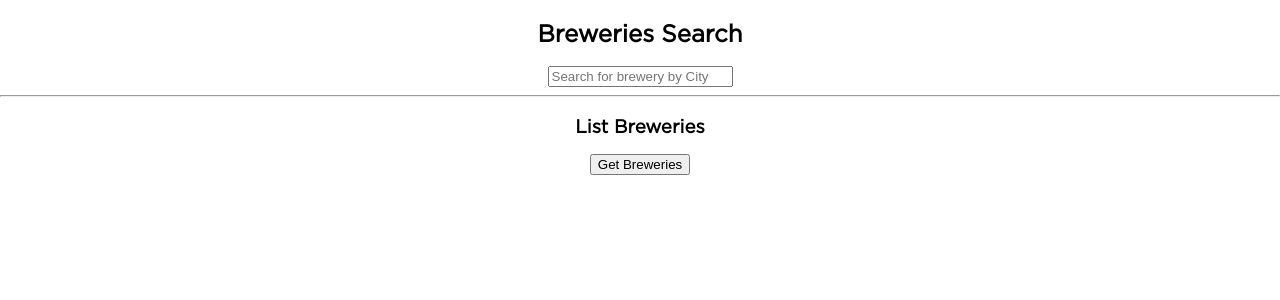
Repository: Babarindeolanrewaju2/react_breweries_app
Page: /
These files come from the project's save history. The page is drawn as it stood at one moment and after the next save; the edit follows.
The browser window is 1280 px wide. The pictures show the whole page.
The project was rebuilt for these pictures with package versions that can differ from the ones it lists, and the page was loaded fresh each time. Also part of the build but not shown: src/component/Breweries.js, src/component/ByCity.js, src/component/ByType.js.

Above is the page before, as saved 2020-03-30 14:01:04.

### src/App.js
import React, { Component } from 'react';
import { Breweries } from './component/Breweries';
import { ByCity } from './component/ByCity';
import { ByType } from './component/ByType';
import './App.css';

class App extends Component {
  constructor(props) {
    super(props);
    this.state = {
      query: '',
      breweries: [],
      byCitys: [],
      byTypes: [],
    }
  }

  breweries = () => {
    const BASE_URL = `https://api.openbrewerydb.org/breweries`;
    fetch(`${BASE_URL}`, {
      method: 'GET'
    })
      .then(response => response.json())
      .then(json => {
        console.log('breweries', json);
        this.setState({ breweries: json });
      })
  }

  getBreweryByCity = () => {
    const BASE_URL = `https://api.openbrewerydb.org/breweries?by_city=`;
    fetch(`${BASE_URL}${this.state.query}`, {
      method: 'GET'
    })
      .then(response => response.json())
      .then(json => {
        console.log('by_city', json);
        this.setState({ byCitys: json, byTypes: [] });
      })
  }

  getBreweryByType = (e, type) => {
    const BASE_URL = `https://api.openbrewerydb.org/breweries?by_type=`;
    fetch(`${BASE_URL}${type}`, {
      method: 'GET'
    })
      .then(response => response.json())
      .then(json => {
        console.log('by_city', json);
        this.setState({ byTypes: json, byCitys: [] });
      })
  }

  render() {
    return (
      <div className="App">
        <h2 className="title">Breweries Search</h2>
        <input
          type="text"
          placeholder="Search for brewery by City"
          onChange={event => { this.setState({ query: event.target.value }) }}
          onKeyPress={event => {
            if (event.key === "Enter") {
              this.getBreweryByCity()
            }
          }}
        />
        {this.state.byCitys.map(byCity => (<ByCity key={byCity.id} byCity={byCity} getBreweryByType={this.getBreweryByType} />))}
        {this.state.byTypes.map(byType => (<ByType key={byType.id} byType={byType} />))}

        <hr />
        <h3>List Breweries</h3>
        <button
          type="text"
          onClick={event => { this.breweries() }}
        >Get Breweries
        </button>
        {this.state.breweries.map(brewery => (<Breweries key={brewery.id} brewery={brewery} />))}
      </div>
    )
  }
}

export default App;

### src/App.css
.App {
  text-align: center;
}

.App-logo {
  height: 40vmin;
  pointer-events: none;
}

@media (prefers-reduced-motion: no-preference) {
  .App-logo {
    animation: App-logo-spin infinite 20s linear;
  }
}

.App-header {
  background-color: #282c34;
  min-height: 100vh;
  display: flex;
  flex-direction: column;
  align-items: center;
  justify-content: center;
  font-size: calc(10px + 2vmin);
  color: white;
}

.App-link {
  color: #61dafb;
}

div, h2, h3, p {
  font-family: 'Gotham-Book';
}

@keyframes App-logo-spin {
  from {
    transform: rotate(0deg);
  }
  to {
    transform: rotate(360deg);
  }
}

@font-face {
  font-family: 'Gotham-Book';
  src: local('Gotham-Book'), url(./fonts/Gotham-Book.otf) format('opentype');
}

Loaded but not shown: public/index.html (common file); src/index.js (common file); src/index.css (common file); src/serviceWorker.js (common file)

After the next save:
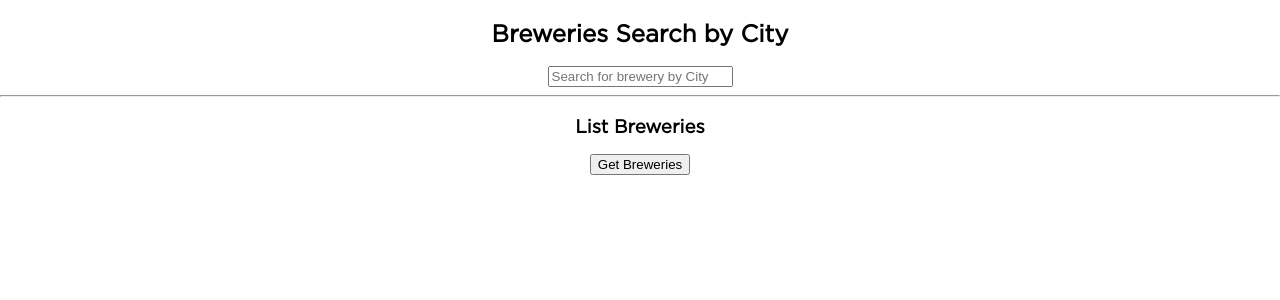
Saved 67 s later.
--- a/src/App.js
+++ b/src/App.js
@@ -54,7 +54,7 @@ class App extends Component {
   render() {
     return (
       <div className="App">
-        <h2 className="title">Breweries Search</h2>
+        <h2 className="title">Breweries Search by City</h2>
         <input
           type="text"
           placeholder="Search for brewery by City"
